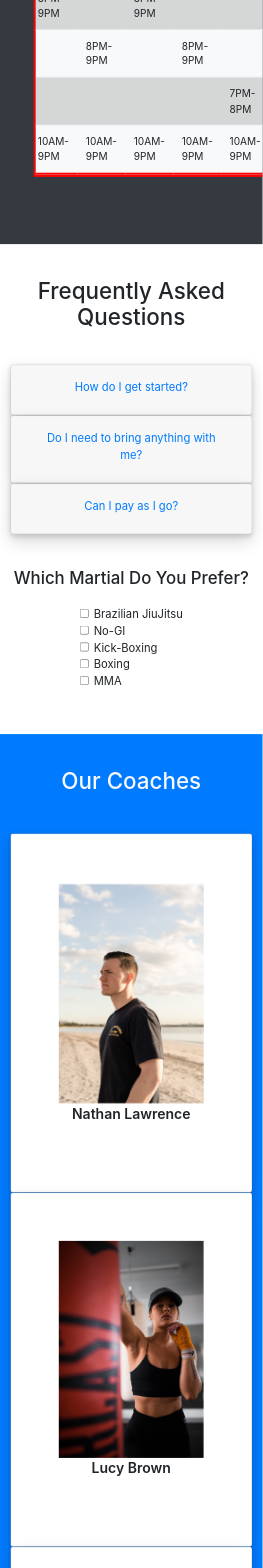
Repository: IonPara/Just-Fight
Page: index.html
The author's editor kept a copy of each file at every save. The page is drawn from the files as they stood at one save, then again after the next save.
The browser window is 375 px wide. The pictures show the part of the page from y = 2614 to 4854 px (the page is 6067 px tall before and 6083 px after), at 70% of full size.
Some web libraries are served in a nearby version.

Above is the page before, as saved 2023-03-13 15:56:44.

After the next save:
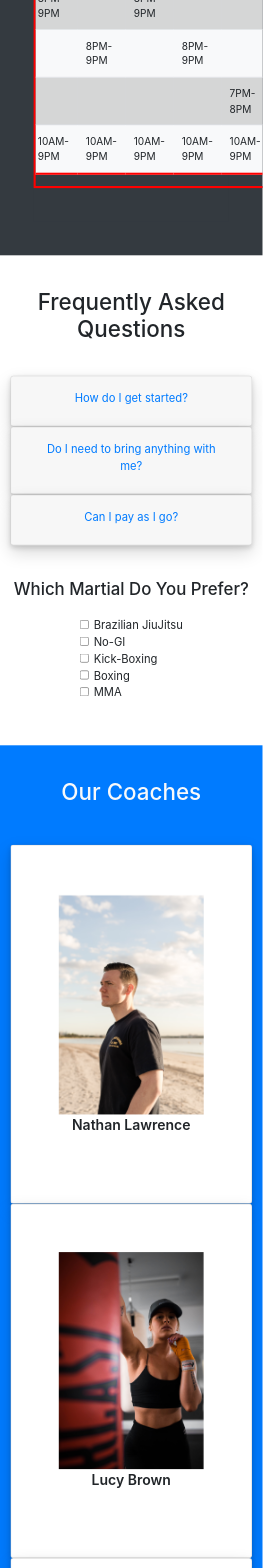
Saved 17 s later.
--- a/Styles/styles.css
+++ b/Styles/styles.css
@@ -152,7 +152,6 @@ footer p{
     }
     .table-container,  table {
         min-width: 90dvw !important;
-        margin: 0 !important;
         border: solid red !important;
     }
 
